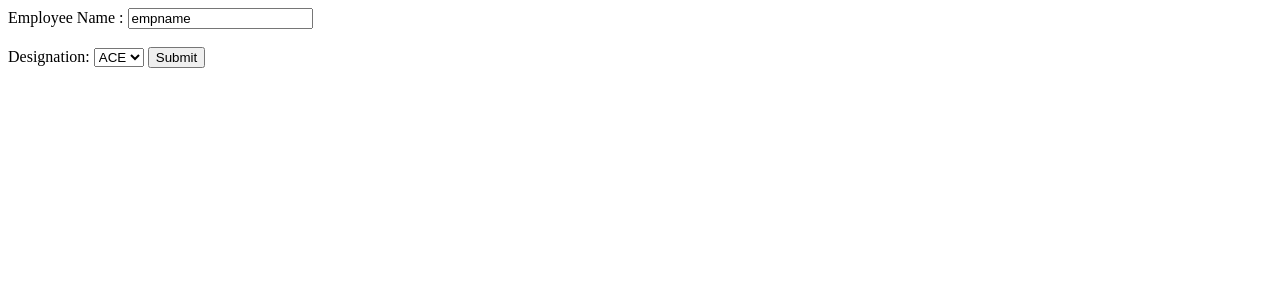
Repository: omgitsrish/MyProject
Page: http://localhost/Employee/fetchemp.jsp
An editor plug-in stored every save of this project. The page is shown before and after the next save, followed by the edit.
The browser window is 1280 px wide. The pictures show the whole page.
The page is served by Tomcat 9. Other server files are loaded and not shown.

Above is the page before, as saved 2018-07-31 21:17:42.

### Test/Employee/WebContent/fetchemp.jsp
<%@ page language="java" contentType="text/html; charset=ISO-8859-1"
    pageEncoding="ISO-8859-1"%>
<!DOCTYPE html PUBLIC "-//W3C//DTD HTML 4.01 Transitional//EN" "http://www.w3.org/TR/html4/loose.dtd">
<html>
<head>
<meta http-equiv="Content-Type" content="text/html; charset=ISO-8859-1">
<title>Insert title here</title>
</head>
<body>
<form action="Controller" method="get">
	<input type="hidden" name="action" value="fetchemp" >
	Employee Name : <input type="text" value="empname" /><br><br>
	Designation:
	<select value="designation">
		<option>ACE</option>
		<option>ITA</option>
		<option>AST</option>
	</select>
	<input type="submit" value="Submit">
</form>




</body>
</html>

After the next save:
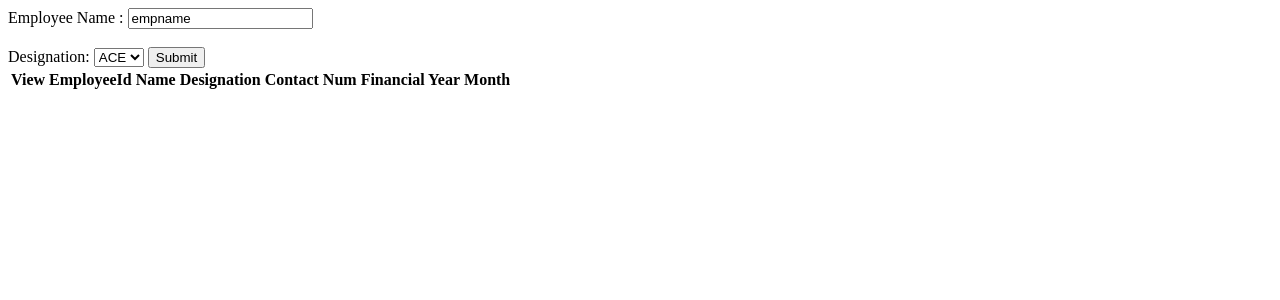
Saved 2 min 33 s later.
--- a/Test/Employee/WebContent/fetchemp.jsp
+++ b/Test/Employee/WebContent/fetchemp.jsp
@@ -19,7 +19,17 @@
 	<input type="submit" value="Submit">
 </form>
 
-
+<table>
+<tr>
+	<th>View</th>
+	<th>EmployeeId</th>
+	<th>Name</th>
+	<th>Designation</th>
+	<th>Contact Num</th>
+	<th>Financial Year</th>
+	<th>Month</th>
+</tr>
+</table>
 
 
 </body>
